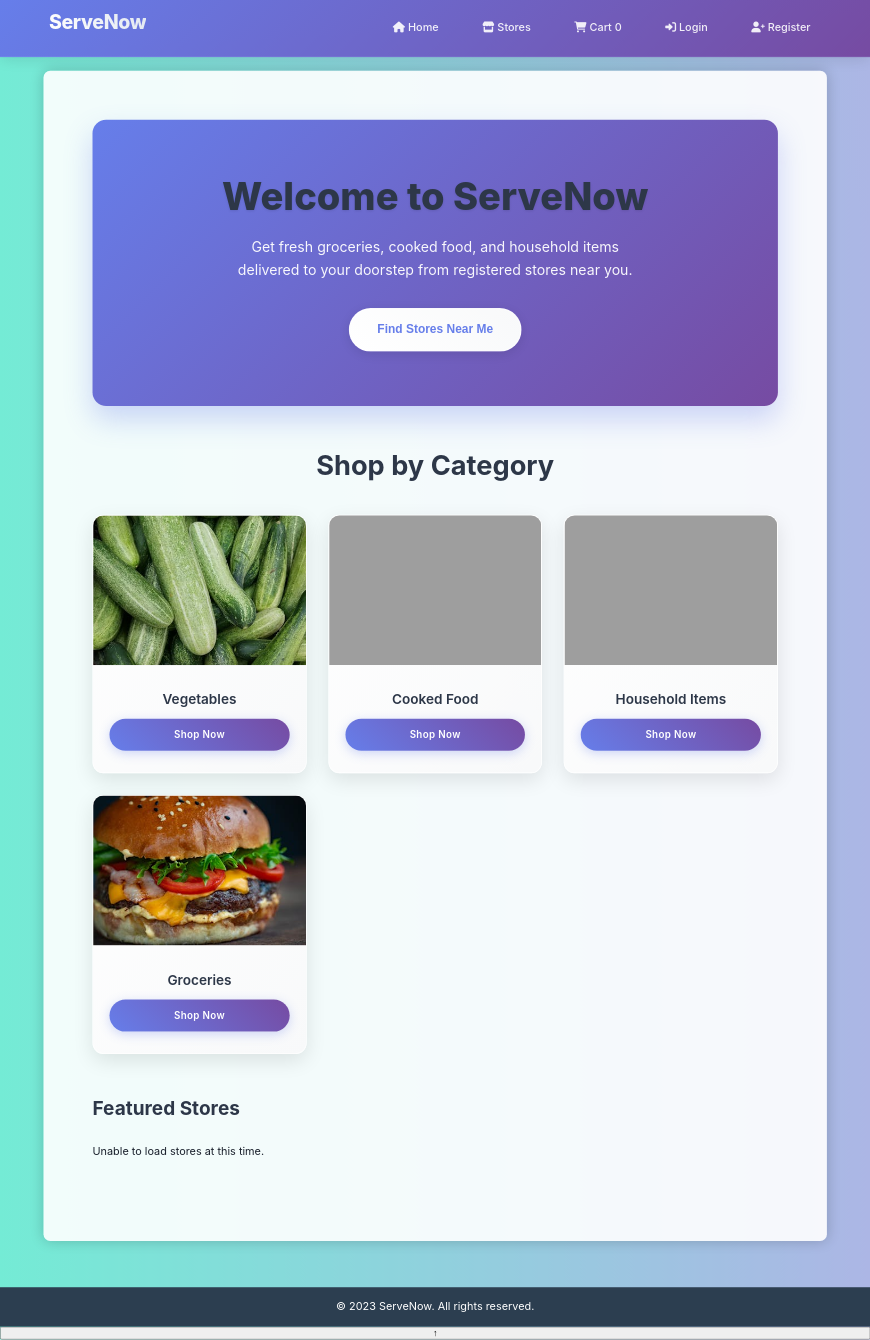
Repository: onenet786/servenow
Page: index.html
The author's editor kept a copy of each file at every save. The page is drawn from the files as they stood at one save, then again after the next save.
The browser window is 1280 px wide. The pictures show the whole page, at 68% of full size.
Pictures or frames that could not be fetched are drawn as grey boxes. The page's requests for data from a server got no answer.

Above is the page before, as saved 2025-12-15 18:04:58.

After the next save:
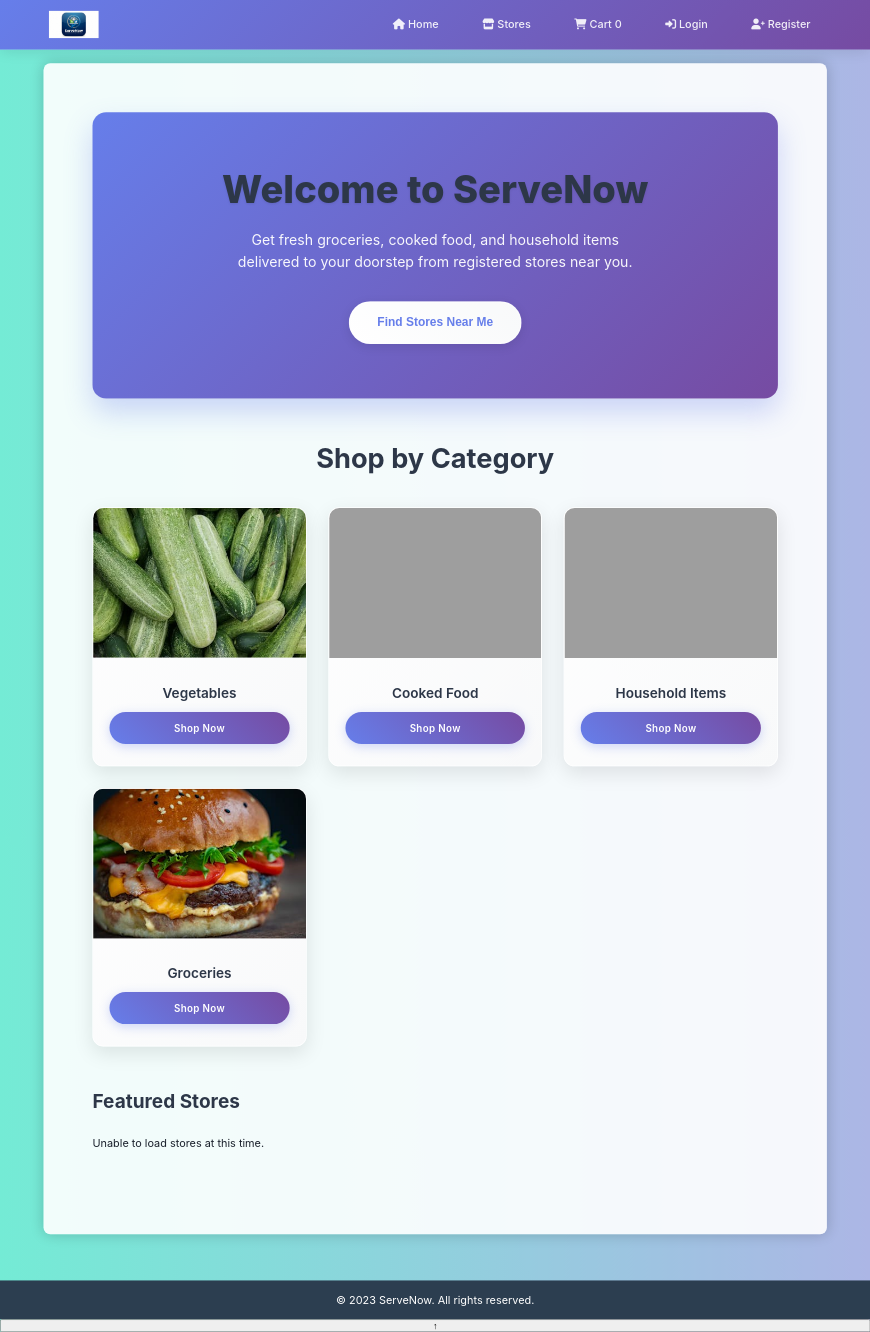
Saved 12 min 35 s later.
--- a/index.html
+++ b/index.html
@@ -6,6 +6,7 @@
     <title>ServeNow - Grocery Delivery</title>
     <link rel="stylesheet" href="style/main.css">
     <link rel="stylesheet" href="https://cdnjs.cloudflare.com/ajax/libs/font-awesome/6.0.0/css/all.min.css">
+    <link rel="icon" type="image/png" href="images/servenow.png">
     <style>
         body {
             background: linear-gradient(to right, #74ebd5, #acb6e5);
@@ -34,7 +35,7 @@
     <header>
         <nav>
             <div class="logo">
-                <h1>ServeNow</h1>
+                <img src="images/servenow.png" alt="ServeNow Logo">
             </div>
             <button class="menu-toggle" id="menuToggle" aria-label="Toggle navigation menu">
                 <span></span>
@@ -66,28 +67,28 @@
                         <img src="images/vegetables.jpg" alt="Vegetables">
                         <div class="category-card-content">
                             <h4>Vegetables</h4>
-                            <a href="products.html?category=vegetables">Shop Now</a>
+                            <a href="stores.html?category=vegetables">Shop Now</a>
                         </div>
                     </div>
                     <div class="category-card">
                         <img src="images/cooked-food.jpg" alt="Cooked Food">
                         <div class="category-card-content">
                             <h4>Cooked Food</h4>
-                            <a href="products.html?category=cooked-food">Shop Now</a>
+                            <a href="stores.html?category=cooked-food">Shop Now</a>
                         </div>
                     </div>
                     <div class="category-card">
                         <img src="images/pizza.jpg" alt="Household Items">
                         <div class="category-card-content">
                             <h4>Household Items</h4>
-                            <a href="products.html?category=household">Shop Now</a>
+                            <a href="stores.html?category=household">Shop Now</a>
                         </div>
                     </div>
                     <div class="category-card">
                         <img src="images/burgers.jpg" alt="Groceries">
                         <div class="category-card-content">
                             <h4>Groceries</h4>
-                            <a href="products.html?category=groceries">Shop Now</a>
+                            <a href="stores.html?category=groceries">Shop Now</a>
                         </div>
                     </div>
                 </div>
